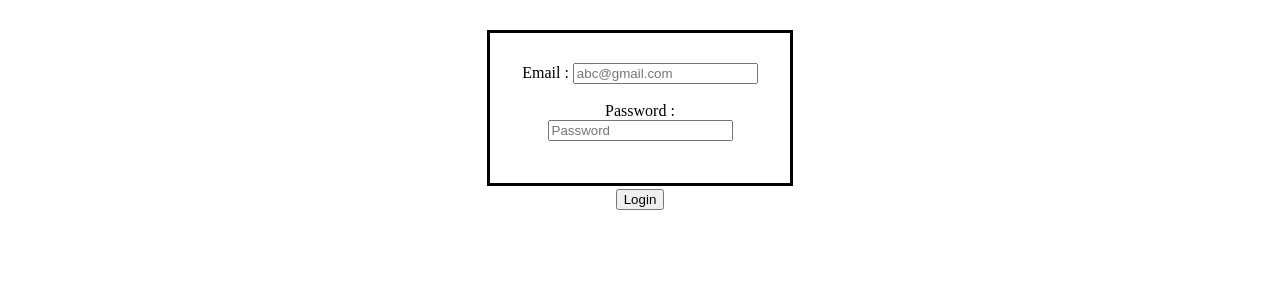
Repository: KD3-86718-yagywalky/Advance-java
Page: http://localhost/Assignment04/
These files come from the project's save history. The page is drawn as it stood at one moment and after the next save; the edit follows.
The browser window is 1280 px wide. The pictures show the whole page.
The page is served by Tomcat 9. Other server files are loaded and not shown.

Above is the page before, as saved 2024-12-05 13:17:58.

### Assignment_04/Assignment04/src/main/webapp/index.jsp
<%@ page language="java" contentType="text/html; charset=ISO-8859-1"
    pageEncoding="ISO-8859-1"%>
<!DOCTYPE html>
<html>
<head>
<meta charset="ISO-8859-1">
<title>Insert title here</title>
</head>
<body>
<center>

<div style="height: 150px; width: 300px; border: solid; align-self: center; margin: 30px" >

<form action="login.jsp" method="post">
<p style="margin: 30px;">
Email : <input type="email" name="email" placeholder="abc@gmail.com"> <br/><br/>
Password : <input type="password" name="passwd" placeholder="Password"> <br/><br/>
</p>

<input type="submit" value="Login"> <br/><br/>
</form>
</div>

</body>
</html>

After the next save:
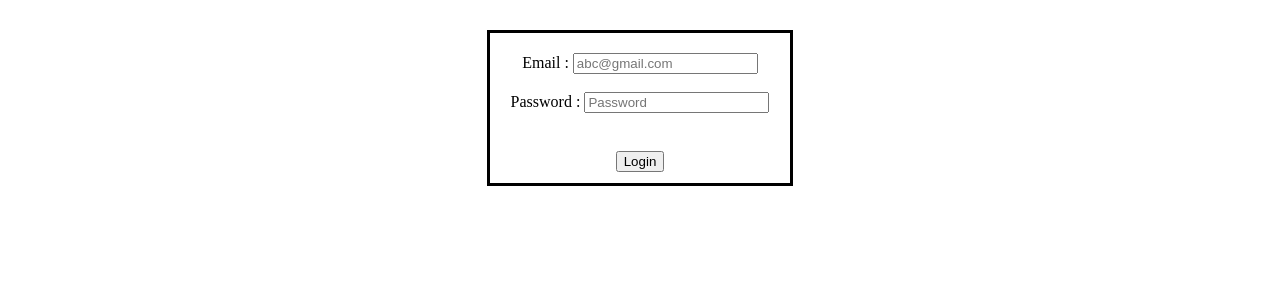
Saved 11 s later.
--- a/Assignment_04/Assignment04/src/main/webapp/index.jsp
+++ b/Assignment_04/Assignment04/src/main/webapp/index.jsp
@@ -12,7 +12,7 @@
 <div style="height: 150px; width: 300px; border: solid; align-self: center; margin: 30px" >
 
 <form action="login.jsp" method="post">
-<p style="margin: 30px;">
+<p style="margin: 20px;">
 Email : <input type="email" name="email" placeholder="abc@gmail.com"> <br/><br/>
 Password : <input type="password" name="passwd" placeholder="Password"> <br/><br/>
 </p>
